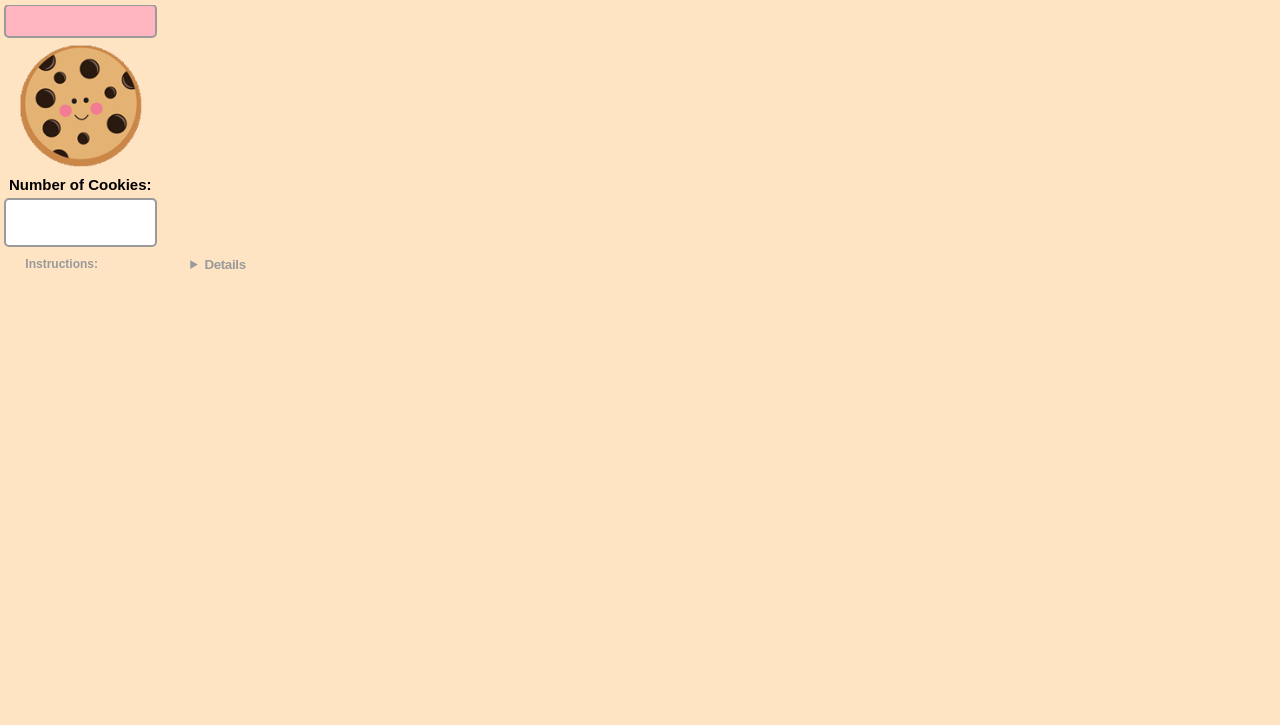
Repository: f00d4tehg0dz/elgato-streamdeck-cookie-clicker
Page: com.f00d4tehg0dz.cookieclicker.sdPlugin/cookieclicker.html
These files come from the project's save history. The page is drawn as it stood at one moment and after the next save; the edit follows.
The browser window is 1280 px wide. The pictures show the whole page.

Above is the page before, as saved 2022-01-28 12:18:34.

After the next save:
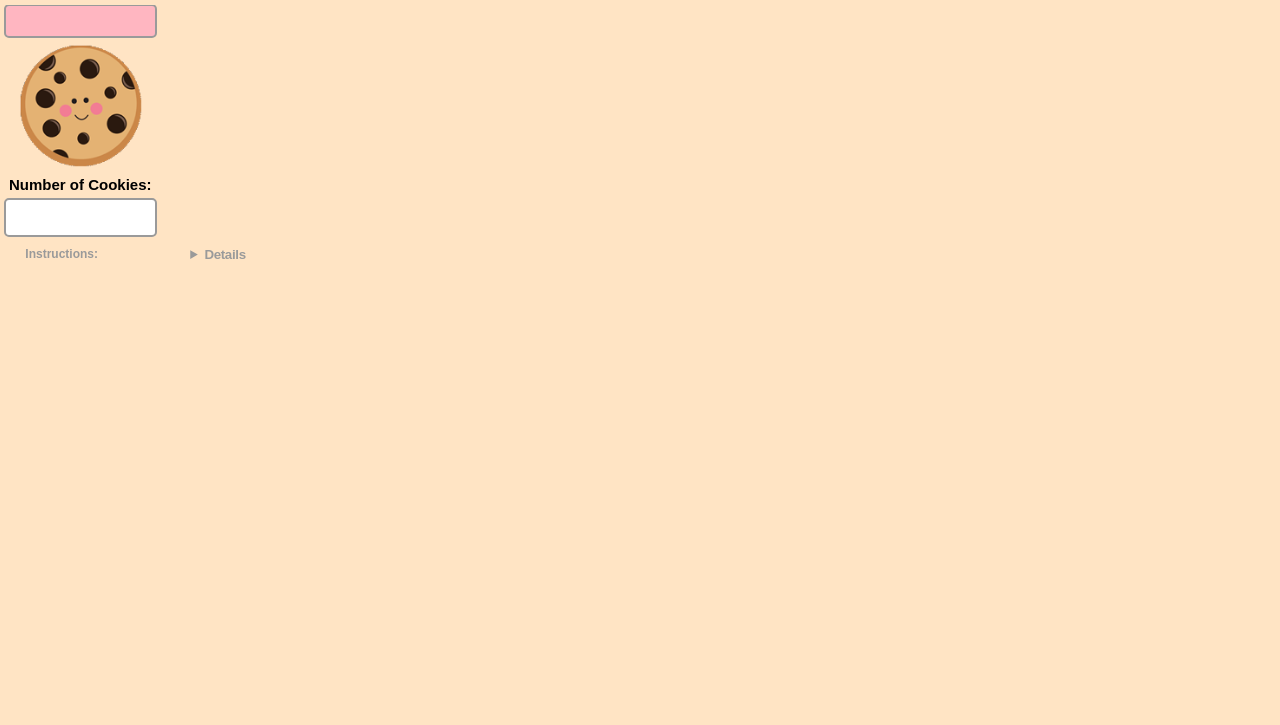
Saved 23 s later.
--- a/com.f00d4tehg0dz.cookieclicker.sdPlugin/css/styles.css
+++ b/com.f00d4tehg0dz.cookieclicker.sdPlugin/css/styles.css
@@ -30,7 +30,7 @@ h2 {
   border:2px solid;
   border-radius:5px;
   background-color:white;
-  height:25px;
+  height:15px;
 }
 
 #cookieTitle {
